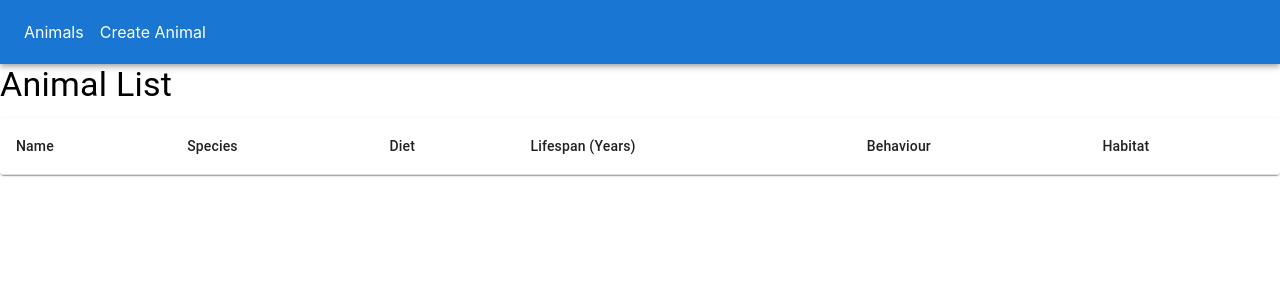
Repository: maomao7788/Digital-Zoo-Management1
Page: / (app in frontend/)
These files come from the project's save history. The page is drawn as it stood at one moment and after the next save; the edit follows.
The browser window is 1280 px wide. The pictures show the whole page.
The page's requests for data from a server got no answer. The project was rebuilt for these pictures with package versions that can differ from the ones it lists, and the page was loaded fresh each time. No one was signed in, and anything a server would have sent is missing. Also part of the build but not shown: frontend/src/pages/CreateAnimal.tsx, frontend/src/pages/editanimals.tsx.

Above is the page before, as saved 2025-02-21 02:29:27.

After the next save:
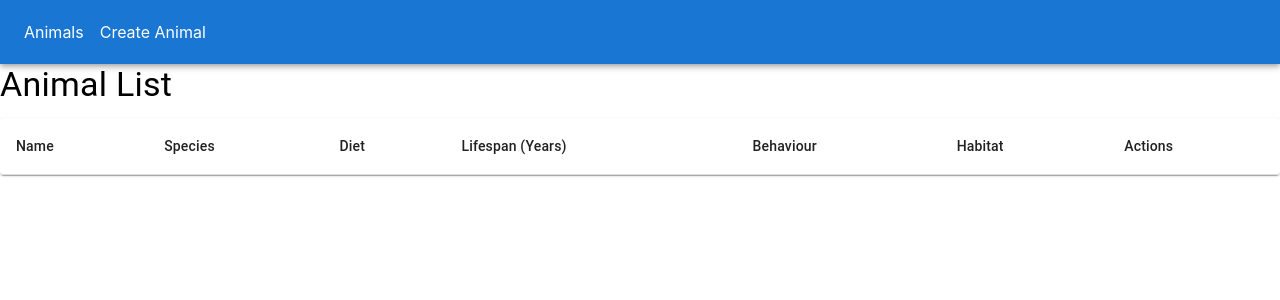
Saved 43 s later.
--- a/frontend/src/pages/AnimalList.tsx
+++ b/frontend/src/pages/AnimalList.tsx
@@ -1,5 +1,6 @@
 import React, { useEffect, useState } from 'react';
 import axios from 'axios';
+import { useNavigate } from 'react-router-dom';
 import {
   Table,
   TableBody,
@@ -8,7 +9,8 @@ import {
   TableHead,
   TableRow,
   Paper,
-  Typography
+  Typography,
+  Button
 } from '@mui/material';
 
 interface Animal {
@@ -23,12 +25,24 @@ interface Animal {
 
 const AnimalList = () => {
   const [animals, setAnimals] = useState<Animal[]>([]);
-
+  const navigate = useNavigate();
   useEffect(() => {
+    fetchAnimals();
+  }, []);
+  const fetchAnimals = () => {
     axios.get('http://localhost:8000/zoo/api/animals/')
       .then(res => setAnimals(res.data))
       .catch(err => console.error('Failed to fetch animals:', err));
-  }, []);
+  };
+
+  const deleteAnimal = (id: number) => {
+    axios.delete(`http://localhost:8000/zoo/api/animals/${id}/`)
+      .then(() => {
+        alert('Animal deleted successfully!');
+        fetchAnimals();
+      })
+      .catch(err => console.error('Failed to delete animal:', err));
+  };
 
   return (
     <div>
@@ -45,6 +59,7 @@ const AnimalList = () => {
               <TableCell>Lifespan (Years)</TableCell>
               <TableCell>Behaviour</TableCell>
               <TableCell>Habitat</TableCell>
+              <TableCell>Actions</TableCell>
             </TableRow>
           </TableHead>
           <TableBody>
@@ -56,6 +71,10 @@ const AnimalList = () => {
                 <TableCell>{animal.lifespan}</TableCell>
                 <TableCell>{animal.behaviour}</TableCell>
                 <TableCell>{animal.habitat?.name || 'Unassigned'}</TableCell>
+                <TableCell>
+                  <Button color="primary" onClick={() => navigate(`/edit/${animal.id}`)}>Edit</Button>
+                  <Button color="secondary" onClick={() => deleteAnimal(animal.id)}>Delete</Button>
+                </TableCell>
               </TableRow>
             ))}
           </TableBody>
